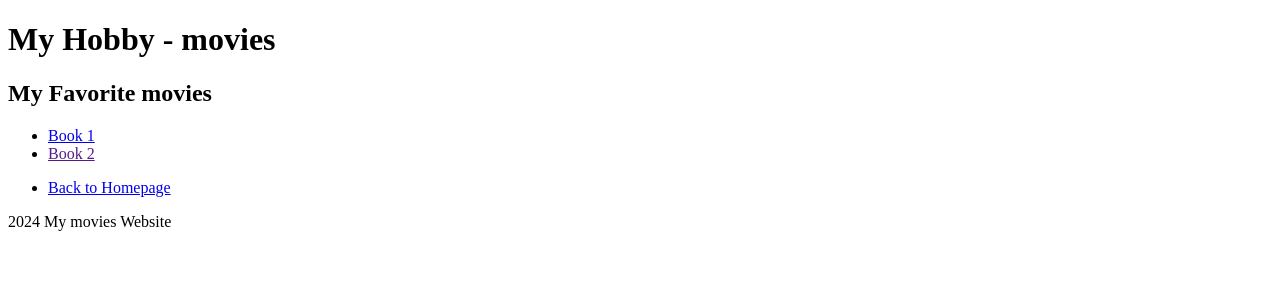
Repository: DaryaSarycheva/Hobbies
Page: pages/series.html
These files come from the project's save history. The page is drawn as it stood at one moment and after the next save; the edit follows.
The browser window is 1280 px wide. The pictures show the whole page.

Above is the page before, as saved 2024-05-09 08:05:33.

After the next save:
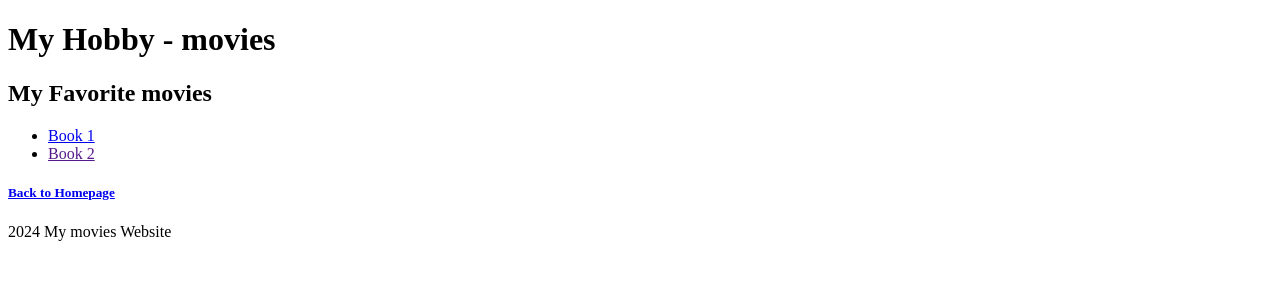
Saved 61 s later.
--- a/pages/series.html
+++ b/pages/series.html
@@ -16,9 +16,7 @@
             <li><a href="">Book 2</a></li>
         </ul>
     </main>
-    <ul>
-        <li><a href="../myHobbies.html">Back to Homepage</a></li>
-    </ul>
+    <h5><a href="../myHobbies.html">Back to Homepage</a></h5>
     <footer>
         <p> 2024 My movies Website</p>
     </footer>
